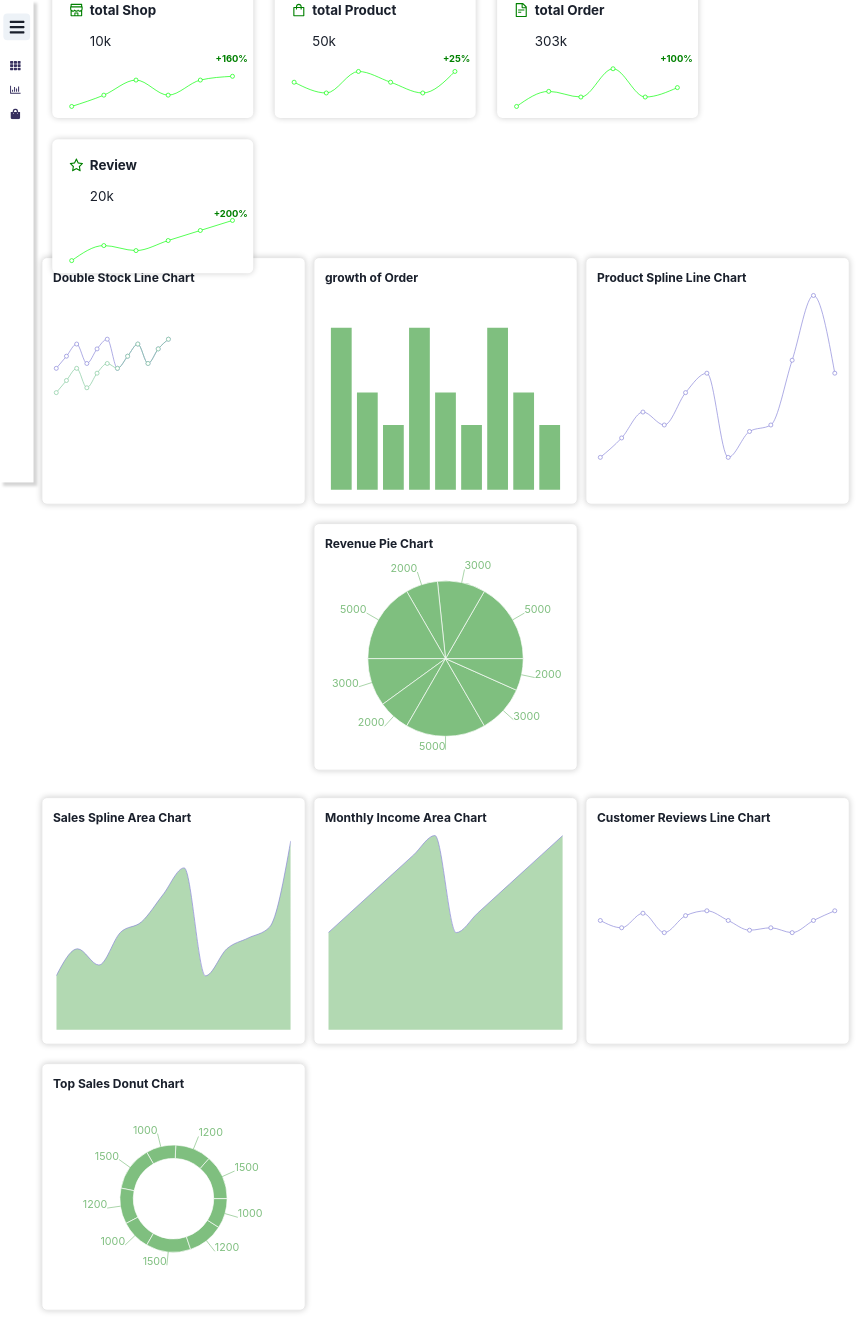
Repository: Andarg01/chakra-dashboard
Page: /analytics
The author's editor kept a copy of each file at every save. The page is drawn from the files as they stood at one save, then again after the next save.
The browser window is 1280 px wide. The pictures show the whole page, at 67% of full size.
The project was rebuilt for these pictures with package versions that can differ from the ones it lists, and the page was loaded fresh each time. Also part of the build but not shown: src/components/ProductModal.tsx, src/components/ProductTable.tsx, src/pages/ProductList.tsx, src/components/Dashboard.tsx.

Above is the page before, as saved 2024-03-12 23:47:19.

After the next save:
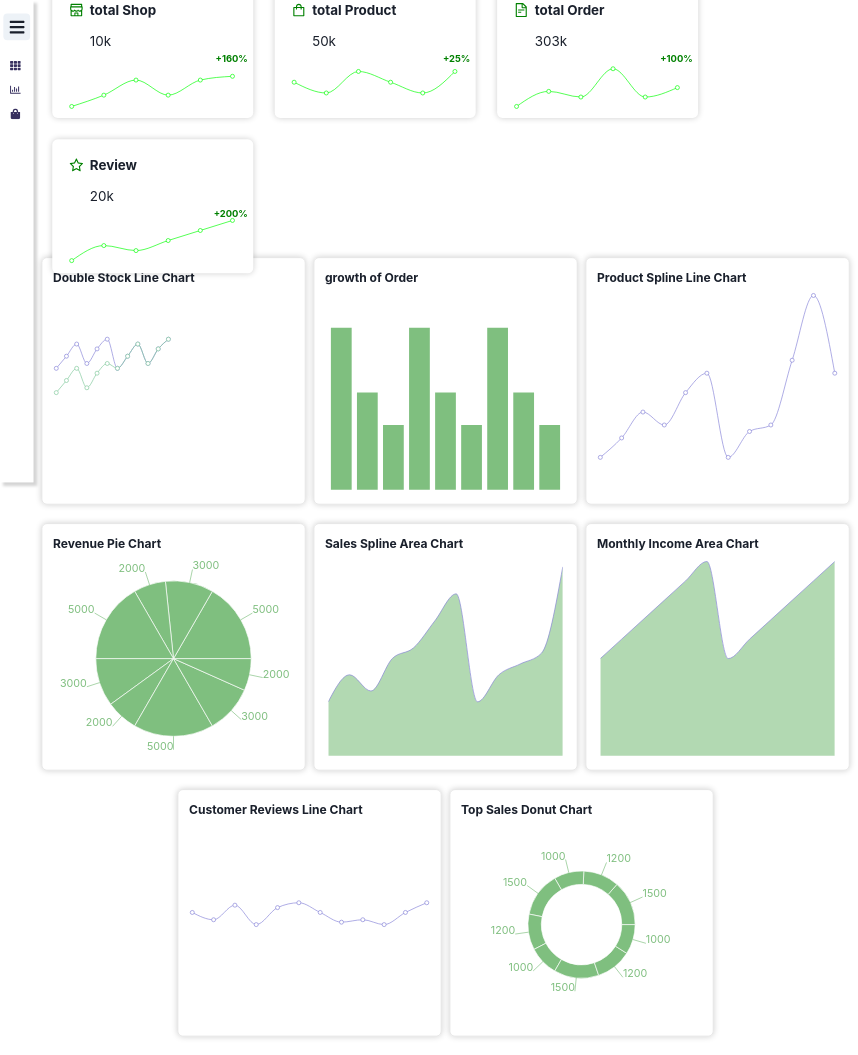
Saved 60 s later.
--- a/src/pages/Analytics.tsx
+++ b/src/pages/Analytics.tsx
@@ -386,8 +386,8 @@ const AnalyticalPage: React.FC = () => {
         <ProductSplineLineChart />
         <RevenuePieChart />
 
-      </Flex>
-      <Flex direction="row" p={3} flexWrap="wrap" justify="left" gap={3}>
+      {/* </Flex> */}
+      {/* <Flex direction="row" p={3} flexWrap="wrap" justify="left" gap={3}> */}
         <SalesSplineAreaChart />
 
         <MonthlyIncomeAreaChart />
